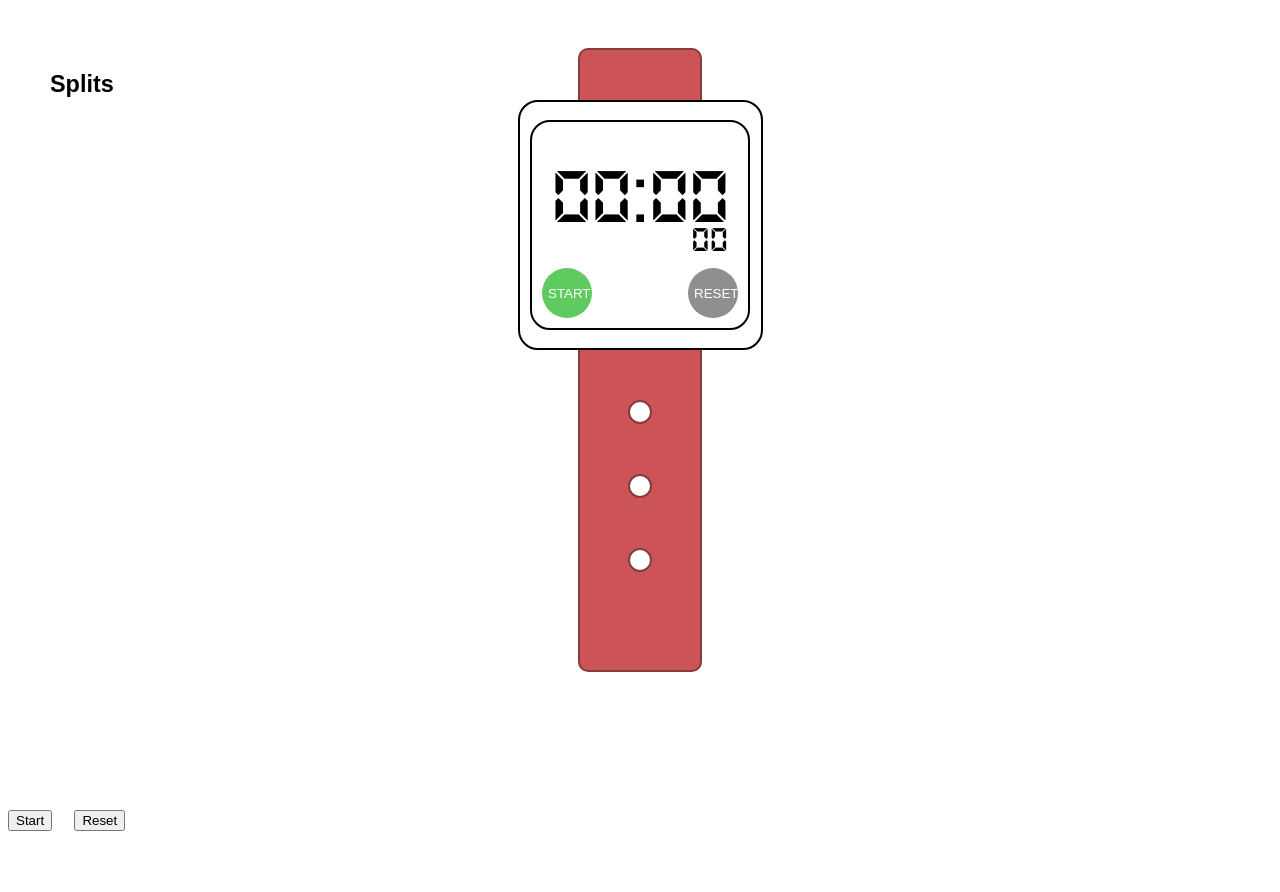
Repository: konstantin0s/lab-chronometer
Page: index.html
The author's editor kept a copy of each file at every save. The page is drawn from the files as they stood at one save, then again after the next save.
The browser window is 1280 px wide. The pictures show the whole page.

Above is the page before, as saved 2019-02-04 19:19:19.

### index.html
<!DOCTYPE html>
<html lang="en">
<head>
  <meta charset="UTF-8">
  <meta name="viewport" content="width=device-width, initial-scale=1.0">
  <meta http-equiv="X-UA-Compatible" content="ie=edge">
  <title>Chronometer</title>
  <link rel="stylesheet" href="stylesheets/styles.css">
</head>
<body>

  <section id="splits-container">
    <h3>Splits</h3>
    <ol id="splits">
    </ol>
  </section>

  <div class="leash leash-top"></div>

  <section id="clock">
    <div id="sphere">
      <span id="minDec" class="number">0</span><span id="minUni" class="number">0</span><span>:</span><span id="secDec" class="number">0</span><span id="secUni" class="number">0</span>

      <div id="milliseconds">
        <span id="milDec">0</span><span id="milUni">0</span>
      </div>

      <button id="btnLeft" class="btn start">START</button> <button id="btnRight" class="btn reset">RESET</button>
    </div>
  </section>

  <div class="leash leash-bottom">
    <div class="hole"></div>
    <div class="hole"></div>
    <div class="hole"></div>
  </div>

  <p id="output"></p>
  <div id="controls">
    <button id="startPause" onclick="startPause()">Start</button>
    <button onclick="reset()">Reset</button>
  </div>

  <!-- <script src="javascripts/utils.js"></script>
  <script src="javascripts/chronometer.js"></script>
  <script src="javascripts/main.js"></script> -->
  <script src="javascript/chronometer.js"></script>
  <script src="javascript/main.js"></script>
</body>
</html>

### stylesheets/styles.css
@font-face {
  font-family: "Digi";
  src: url("fonts/ds-digib.ttf");
}

body {
  font-family: Arial;
  font-size: 80px;
  font-weight: bold;
  padding: 40px 0;
}

#clock {
  border: 2px solid #000;
  border-radius: 20px;
  box-sizing: border-box;
  height: 250px;
  margin: 0 auto;
  padding: 18px 0;
  width: 245px;
}

#sphere {
  border: 2px solid #000;
  border-radius: 20px;
  box-sizing: border-box;
  font-family: "Digi";
  font-size: 80px;
  height: 210px;
  margin: 0 auto;
  padding: 35px 0;
  position: relative;
  text-align: center;
  width: 220px;
}

#splits-container {
  font-size: 20px;
  font-weight: 100;
  position: absolute;
  left: 50px;
}

#splits-container li {
  padding-bottom: 5px;
  text-align: right;
}

#milliseconds {
  font-size: 36px;
  margin-top: -15px;
  position: absolute;
  right: 20px;
}

.leash {
  background: rgb(204, 84, 87);
  border: 2px solid rgb(134, 59, 61);
  height: 50px;
  margin: 0 auto;
  width: 120px;
}

.leash-top {
  border-bottom: 0;
  border-top-left-radius: 10px;
  border-top-right-radius: 10px;
}

.leash-bottom {
  border-bottom-left-radius: 10px;
  border-bottom-right-radius: 10px;
  border-top: 0;
  height: 270px;
  padding-top: 50px;
}

.hole {
  background: #fff;
  border: 2px solid rgb(134, 59, 61);
  border-radius: 100%;
  height: 20px;
  margin: 0 auto 50px;
  width: 20px;
}

.number {
  display: inline-block;
  width: 40px;
}

.btn {
  border: 0;
  border-radius: 100%;
  bottom: 10px;
  color: #fff;
  cursor: pointer;
  height: 50px;
  outline: 0;
  position: absolute;
  width: 50px;
}

.btn.start,
.btn.stop {
  left: 10px;
}

.btn.reset,
.btn.split {
  right: 10px;
}

.btn.start { background: #5fca5f; }
.btn.stop  { background: #f14949; }
.btn.reset { background: #908e8e; }
.btn.split { background: #0851ab; }

### javascript/chronometer.js

// var time = 0;
// var running = 0;

// function startPause() {
//   if (running == 0) {
//     running = 1;
//     increment();
//     document.getElementById("startPause").innerHTML = "Pause";
//   } else {
//     running = 0;
//     document.getElementById("startPause").innerHTML = "Resume";
//   }
// }

// function reset() {
//   running = 0;
//   time = 0;
//   document.getElementById("startPause").innerHTML = "Start";
// }

// function increment() {
//   if (running == 1) {
//    setTimeout(function() {
//     time++;
//     var seconds = Math.floor(time/10/60);
//     var minutes = Math.floor(time/10/60);
//      var tenth = time % 10;
//      if (minutes < 10); {
//        minutes = "0" + minutes;
//      }  if (seconds < 10);
//     seconds = "0" + seconds;
//     increment();
//   document.getElementById("output").innerHTML = minutes + ":" + seconds + ":" + "0" + tenth;

//    }, 100);
//   }
//   }



// function timer() {
//   currentTime = setTimeout(start, 1000);
// }
// timer();

// function start() {
//   seconds++;
//   if (seconds >= 60) {
//     seconds = 0;
//     minutes++;
//     if (minutes >= 20) {
//         minutes = 0;
//     }
//   }
// }


// // Constructor
// function Chronometer() {

// this.currentTime = 0;
// this.intervalId = currentTime;

// }

// // The setInterval will be assigned to our intervalId property,
// //  this way we will be able to clear it later on.

// Chronometer.prototype.startClick = function () {
//     // this.startClick = function() {
//     // var seconds = 0;
//     currentTime = setInterval(function(){
//     currentTime++; }, 1000);

//     //  }

//     // console.log(seconds);
// };

// Chronometer.prototype.setMinutes = function () {

// };

// Chronometer.prototype.setSeconds = function () {

// };

// Chronometer.prototype.twoDigitsNumber = function () {

// };

// Chronometer.prototype.setTime = function () {

// };

// Chronometer.prototype.setMilliseconds = function () {

// };

// Chronometer.prototype.stopClick = function () {

// };

// Chronometer.prototype.resetClick = function () {

// };

// Chronometer.prototype.splitClick = function () {

// };

### javascript/main.js
// // var chronometer = new Chronometer();
var btnLeft     = document.getElementById('btnLeft');
var btnRight    = document.getElementById('btnRight');
// var minDec      = document.getElementById('minDec');
// var minUni      = document.getElementById('minUni');
// var secDec      = document.getElementById('secDec');
// var secUni      = document.getElementById('secUni');
// var milDec      = document.getElementById('milDec');
// var milUni      = document.getElementById('milUni');

var currentTime = 0;
var intervalId = -1;
var output = document.getElementById("output");

btnLeft.addEventListener("click", function(event) {
  if (intervalId == -1) { //start if pause
    intervalId = setInterval(function() {
      currentTime++;
      output.innerHTML = currentTime;
    }, 1000);
  } else { //pause if started
      clearInterval(intervalId);
      intervalId = -1;
  }

});




// function printTime() {

// }

// function printMinutes() {

// }

// function printSeconds() {

// }

// function printMilliseconds() {

// }

// function printSplit() {

// }

// function clearSplits() {

// }

// function setStopBtn() {

// }

// function setSplitBtn() {

// }

// function setStartBtn() {

// }

// function setResetBtn() {

// }

// // Start/Stop Button
// btnLeft.addEventListener('click', function () {

// });

// // Reset/Split Button
// btnRight.addEventListener('click', function () {

// });

After the next save:
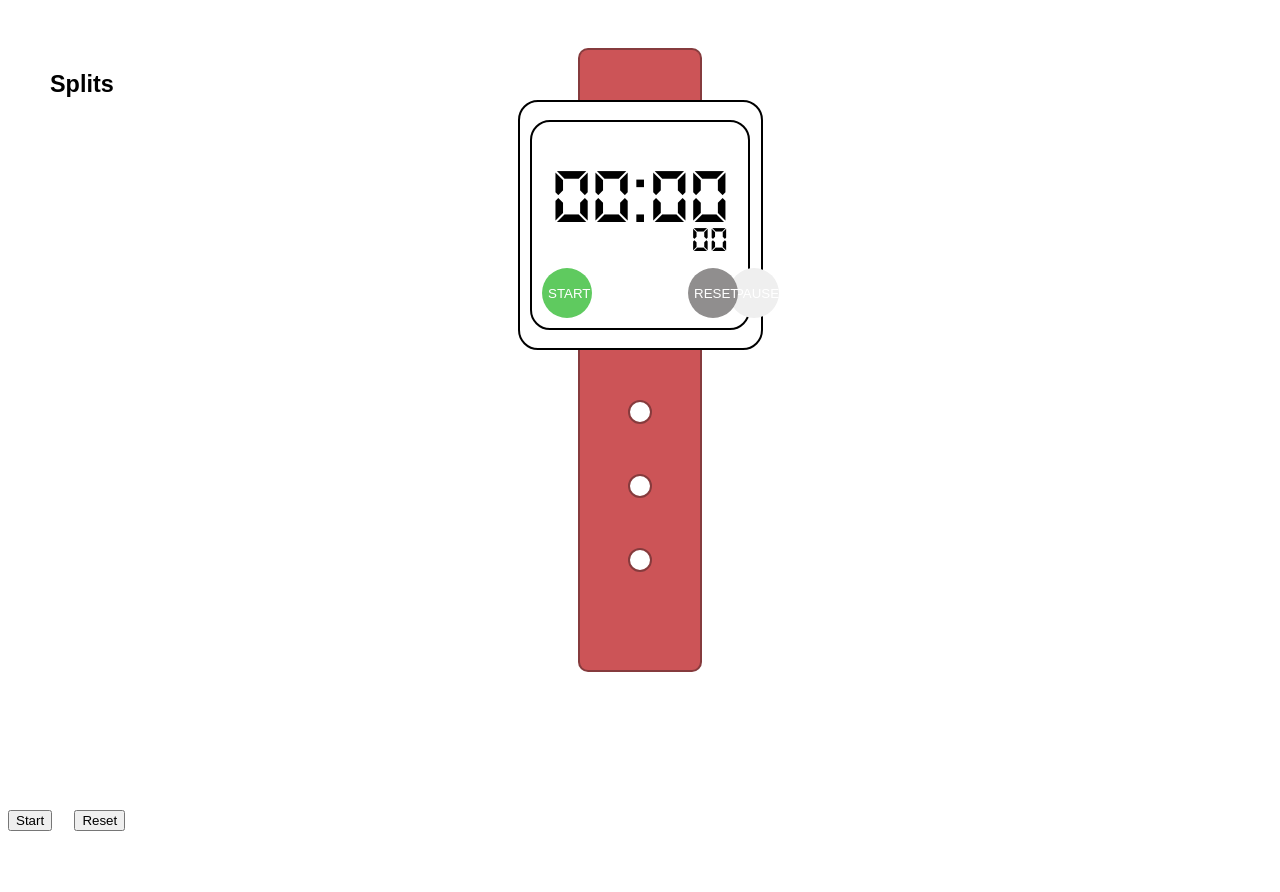
Saved 2 min 12 s later.
--- a/index.html
+++ b/index.html
@@ -25,7 +25,9 @@
         <span id="milDec">0</span><span id="milUni">0</span>
       </div>
 
-      <button id="btnLeft" class="btn start">START</button> <button id="btnRight" class="btn reset">RESET</button>
+      <button id="btnLeft" class="btn start">START</button>
+      <button id="btnMiddle" class="btn pause">PAUSE</button>
+       <button id="btnRight" class="btn reset">RESET</button>
     </div>
   </section>
 
